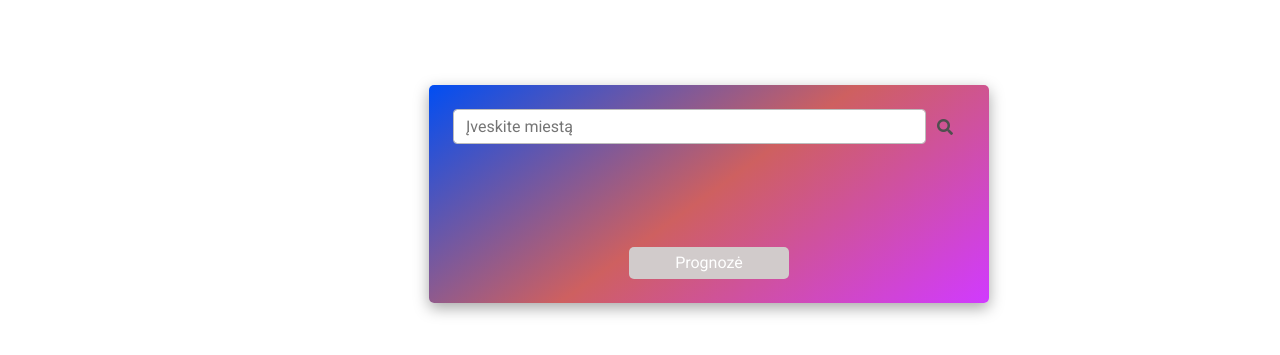
Repository: daxazz1/Weather-app
Page: index.html
These files come from the project's save history. The page is drawn as it stood at one moment and after the next save; the edit follows.
The browser window is 1280 px wide. The pictures show the whole page.
Some web fonts or font styles are not loaded; a fallback is used. Some web libraries are served in a nearby version.

Above is the page before, as saved 2021-11-08 10:54:24.

### index.html
<!DOCTYPE html>
<html lang="en">
<head>
    <meta charset="UTF-8">
    <meta http-equiv="X-UA-Compatible" content="IE=edge">
    <meta name="viewport" content="width=device-width, initial-scale=1.0">
    <title>Elements creation and manipulation with JS</title>
    <link rel="stylesheet" href="style.css">
    <link rel="preconnect" href="https://fonts.googleapis.com">
<link rel="preconnect" href="https://fonts.gstatic.com" crossorigin>
<link href="https://fonts.googleapis.com/css2?family=Averia+Sans+Libre:wght@300&display=swap" rel="stylesheet">
<link href="https://cdn.jsdelivr.net/npm/bootstrap@5.1.3/dist/css/bootstrap.min.css" rel="stylesheet" integrity="sha384-1BmE4kWBq78iYhFldvKuhfTAU6auU8tT94WrHftjDbrCEXSU1oBoqyl2QvZ6jIW3" crossorigin="anonymous">


<!-- Font Awesome -->
<link
  href="https://cdnjs.cloudflare.com/ajax/libs/font-awesome/5.15.1/css/all.min.css"
  rel="stylesheet"
/>
<!-- Google Fonts -->
<link
  href="https://fonts.googleapis.com/css?family=Roboto:300,400,500,700&display=swap"
  rel="stylesheet"
/>
<!-- MDB -->
<link
  href="https://cdnjs.cloudflare.com/ajax/libs/mdb-ui-kit/3.6.0/mdb.min.css"
  rel="stylesheet"
/>

</head>
<body>


  <div class="content">

    <div id="wrapper1">

      <div class="input-group rounded">
        <input id="city" type="search" class="form-control rounded" placeholder="Įveskite miestą" aria-label="Search"
        aria-describedby="search-addon" required/>
        <span id="search"  class="input-group-text border-0" id="search-addon">
          <i class="fas fa-search"></i>
        </span>
      </div>
          <p class="dt"> <span id="datetime"></span></p>
          <div class="siandien">
          <img id="penktas">
          <div id="pirmas"></div>
          <div id="antras"></div>
          <div id="trecias"></div>
          <div id="ketvirtas"></div>
          </div>
          <br><br>
          <button id="prognoze">Prognozė</button>
    </div>

    <div id="wrapper2">

      <h1 id="h1"></h1>

    <div class="wrap">

      <div class="rytoj1">
        <table>
          <tr>
            <td><h4 id="h4-1"></h4></td>
            <td><img id="sesto-icon"/></td>
            <td><div id="sestas"></div></td>
            <td><div id="septintas"></div></td>
            <td><div id="astuntas"></div></td>
          </tr>
        </table>
    </div>

    <div class="rytoj2">
      <table>
        <tr>
      <td><h4 id="h4-2"></h4></td>
      <td> <img id="devinto-icon"/></td>
      <td> <div id="devintas"></div></td>
      <td> <div id="desimtas"></div></td>
      <td> <div id="vienuoliktas"></div></td>
       </tr>
    </table>
    </div>

    <div class="rytoj3">
      <table>
        <tr>
          <td> <h4 id="h4-3"></h4></td>
          <td> <img id="dvylikto-icon"/></td>
          <td> <div id="dvyliktas"></div></td>
          <td> <div id="tryliktas"></div></td>
          <td> <div id="keturioliktas"></div></td>
      </tr>
    </table>
    </div>
  </div>
  </div>

</div>

<script src="resources/script.js"></script>
</body>
</html>

### style.css
.content {
  width: 60vh;
  margin: auto;
  display: block;
  padding-top: 5rem;
}
#wrapper1,
#wrapper2 {
  color: white;
  width: 35rem;
  text-align: center;
  border-radius: 5px;
  margin: 5px;
  background-color: rgb(255, 255, 255);
  padding: 1.5rem;
  box-shadow: rgba(0, 0, 0, 0.35) 0px 5px 15px;
  background: linear-gradient(0.4turn, #014ef3, #ce6060, #c300ffc5);
}

.wrap {
  justify-content: space-around;
  margin-top: 60px;
}
#city {
  width: 60%;
}
button {
  width: 60px;
  height: 45px;
  border: 1px;
  border-radius: 15px;
}
.dt {
  color: rgb(255, 255, 255);
  font-size: 14px;
  padding-top: 10px;
}

#pirmas {
  font-weight: 500;
  font-size: 36px;
}
.rytoj1,
.rytoj2,
.rytoj3 {
  font-size: 12px;
  border-bottom: 1px solid rgb(102, 102, 102);
}

#prognoze {
  width: 10rem;
  height: 2rem;
  border: none;
  border-radius: 5px;
  background-color: #d1cbcb;
  color: white;
}
#h4-1,
#h4-2,
#h4-3 {
  font-size: 12px;
}

### resources/script.js
let apiKey = '460522f216939cb477f8b66006be7948' // jusu api key
let lang = 'lt' // kalba
let units = 'metric' // naudojama metrine sistema
let city = 'Vilnius' // miestas irasytas inpute

let cityName = document.getElementById('city')
let searchButton = document.getElementById('search')

// uzdedu click eventa ant search mygtuko
searchButton.addEventListener('click', getDataFromApi)

// funkcija kuri gauna duomenis is API
function getDataFromApi() {
    // paimu irasyta miesta is input ir nustatau
    city = cityName.value

    // url yra skirtas pasiimti duomenis is api
    let url = 'https://api.openweathermap.org/data/2.5/forecast?' +
        'q=' + city +
        '&units=' + units +
        '&lang=' + lang +
        '&appid=' + apiKey

    // su fetch funkcija pasiimu duomenis is api (asinchronine funkcija)
    fetch(url)
        .then(response => response.json())
        // data => jusu kodas
        .then(function (data) {
            //paduodu gautus duomenis i funkcija
            showWeatherInDom(data)
        });
}


document.getElementById("wrapper2").style.display = 'none';



// funkcija kuri gauna duomenis ir juos atvaizduoja
function showWeatherInDom(data) {
    // tikrinu ar mano response yra geras
    if (data.cod === '200') {

    // /prognoze siai dienai

        document.getElementById("pirmas").innerHTML =  data.city.name;
        document.getElementById("antras").innerHTML = "Temperatūra: " + Math.round(data.list[0].main.temp) +" °C / " + "Jaučiama:  " + Math.round(data.list[0].main.feels_like) +" °C";
        document.getElementById("trecias").innerHTML = "Vėjo greitis: " + data.list[0].wind.speed + " m/s";
        document.getElementById("ketvirtas").innerHTML = data.list[0].weather[0].description;


        let iconCode =  data.list[0].weather[0].icon;
        let iconUrl = 'http://openweathermap.org/img/wn/' + iconCode + '@2x.png';
        let image = document.getElementById("penktas");
        image.src = iconUrl;

        console.log(data.list)

        //prognoze rytoj

        document.getElementById("sestas").innerHTML =  "Temperatūra: " + Math.round(data.list[6].main.temp) +" °C / " + "Jaučiama:  " + Math.round(data.list[6].main.feels_like) +" °C";
        document.getElementById("septintas").innerHTML = "Vėjo greitis: " + data.list[6].wind.speed + " m/s";
        document.getElementById("astuntas").innerHTML = data.list[6].weather[0].description;

        let iconCode2 =  data.list[6].weather[0].icon;
        let image2 = document.getElementById("sesto-icon");
        let iconUrl2 = 'http://openweathermap.org/img/wn/' + iconCode2 + '@2x.png';
        image2.src = iconUrl2;

     //prognoze poryt

        document.getElementById("devintas").innerHTML =  "Temperatūra: " + Math.round(data.list[14].main.temp) +" °C / " + "Jaučiama:  " + Math.round(data.list[14].main.feels_like) +" °C";
        document.getElementById("desimtas").innerHTML = "Vėjo greitis: " + data.list[14].wind.speed + " m/s";
        document.getElementById("vienuoliktas").innerHTML = data.list[14].weather[0].description;

        let iconCode3 =  data.list[14].weather[0].icon;
        let image3 = document.getElementById("devinto-icon");
        let iconUrl3 = 'http://openweathermap.org/img/wn/' + iconCode3 + '@2x.png';
        image3.src = iconUrl3;

     //prognoze po 2 dienu

        document.getElementById("dvyliktas").innerHTML =  "Temperatūra: " + Math.round(data.list[22].main.temp) +" °C / " + "Jaučiama:  " + Math.round(data.list[22].main.feels_like) +" °C";
        document.getElementById("tryliktas").innerHTML = "Vėjo greitis: " + data.list[22].wind.speed + " m/s";
        document.getElementById("keturioliktas").innerHTML = data.list[22].weather[0].description;

        let iconCode4 =  data.list[22].weather[0].icon;
        let image4 = document.getElementById("dvylikto-icon");
        let iconUrl4 = 'http://openweathermap.org/img/wn/' + iconCode4 + '@2x.png';
        image4.src = iconUrl4;




        document.getElementById("h1").textContent = "Prognozė";
        document.getElementById("h4-1").innerHTML = data.list[6].dt_txt;
        document.getElementById("h4-2").textContent = data.list[14].dt_txt;
        document.getElementById("h4-3").textContent = data.list[22].dt_txt;

        //Šios dienos data
        let dt = new Date();
        document.getElementById("datetime").innerHTML = "Data: " + dt.toLocaleString();

    } else {
        console.log('Kazkas negerai', data)
    }
}

//miesto pasirinkimas Enter mygtuku

let input = document.getElementById("city");
input.addEventListener("keyup", function(event) {
    if (event.keyCode === 13) {
        event.preventDefault();
        document.getElementById("search").click();
    }
});

//prognozes langas appear/dissapear

function tomorrowWeatherDiv() {

    const wrapperis = document.getElementById('wrapper2');
    if (wrapperis.style.display !== "none") {
        wrapperis.style.display = "none";
    }else {
        wrapperis.style.display = "block";
        }
    }
document.getElementById("prognoze").addEventListener('click', tomorrowWeatherDiv)

After the next save:
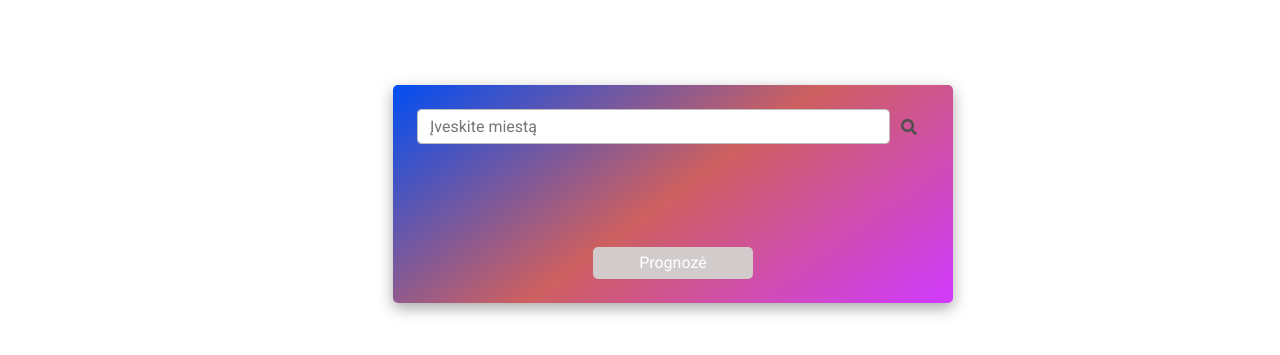
Saved 8 s later.
--- a/style.css
+++ b/style.css
@@ -1,5 +1,5 @@
 .content {
-  width: 60vh;
+  width: 70vh;
   margin: auto;
   display: block;
   padding-top: 5rem;
@@ -44,6 +44,7 @@ button {
 .rytoj2,
 .rytoj3 {
   font-size: 12px;
+
   border-bottom: 1px solid rgb(102, 102, 102);
 }
 
